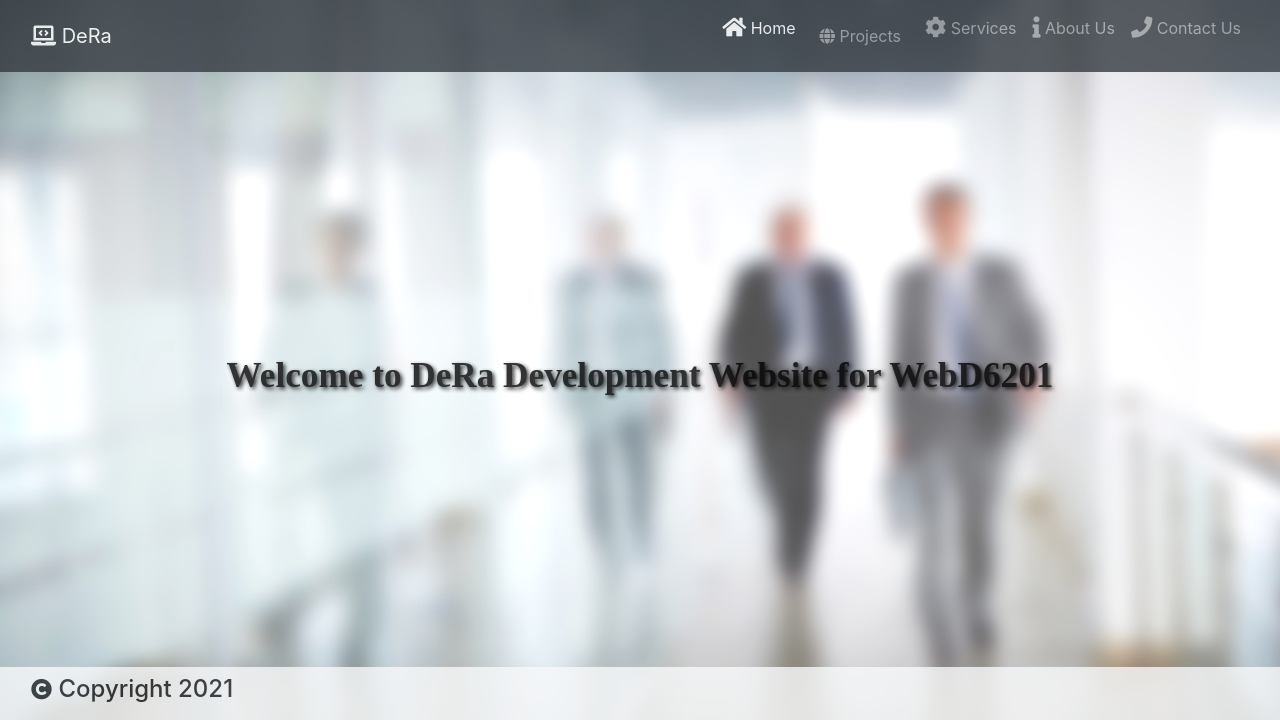
Repository: deividwsantoss/web6201-Lab1
Page: index.html
An editor plug-in stored every save of this project. The page is shown before and after the next save, followed by the edit.
The browser window is 1280 px wide. The pictures show the whole page.

Above is the page before, as saved 2021-02-04 10:15:53.
Console error: TypeError: Cannot set properties of null (setting 'innerHTML')

### index.html
<!DOCTYPE html>
<html lang="en">
<head>
    <meta charset="UTF-8">
    <meta name="viewport" content="width=device-width, initial-scale=1.0">
    <title>Home</title>
</head>
<!-- CSS SECTION-->
<link rel="stylesheet" href="./node_modules/bootstrap/dist/css/bootstrap.min.css">
<link rel="stylesheet" href="./node_modules/@fortawesome/fontawesome-free/css/all.min.css">
<link rel="stylesheet" href="./Content/app.css">

<body class="bg">
    <!-- Main Header-->
    <header>
        <!-- Main Navegation-->
        <nav class="navbar navbar-expand-lg navbar-dark bg-dark">
            <div class="container-fluid">
              <a class="navbar-brand" href="Index.html"><i class="fas fa-laptop-code"></i> DeRa</a>
              <button class="navbar-toggler" type="button" data-bs-toggle="collapse" data-bs-target="#navbarSupportedContent" aria-controls="navbarSupportedContent" aria-expanded="false" aria-label="Toggle navigation">
                <span class="navbar-toggler-icon"></span>
              </button>
              <div class="collapse navbar-collapse" id="navbarSupportedContent">
                <ul class="navbar-nav ml-auto mb-2 mb-lg-0">
                  <li class="nav-item">
                    <a class="nav-link active" aria-current="page" href="Index.html"><i class="fas fa-home fa-lg"></i> Home</a>
                  </li>
                  <li class="nav-item">
                    <a id="prod" class="nav-link" aria-current="page" href="products.html"><i class="fas fa-globe" name="prod"></i> Products</a>
                  </li>
                  <li class="nav-item">
                    <a class="nav-link" aria-current="page" href="services.html"><i class="fas fa-cog fa-lg"></i> Services</a>
                  </li>
                  <li class="nav-item">
                    <a id="aboutId" class="nav-link" aria-current="page" href="about.html"><i class="fas fa-info fa-lg"></i> About Us</a>
                  </li>
                  <li class="nav-item">
                    <a id="contactId" class="nav-link" aria-current="page" href="contact.html"><i class="fas fa-phone fa-lg"></i> Contact Us</a>
                  </li>

                </ul>

              </div>
            </div>
          </nav>

    </header>

    <!-- Main Content-->
        <main class="container">
          <div class="text-md-center">

              <p id="paragraphOne"> </p>

          </div>
        </main>


        <!-- Main Footer-->


    <!--- Script Section-->
    <script src="./node_modules/jquery/dist/jquery.min.js"></script>
    <script src="./node_modules/bootstrap/dist/js/bootstrap.bundle.min.js"></script>
        <script src="./Scripts/app.js"></script>
</body>

</html>

### Content/app.css
/* Custom CSS goes here */

body,html{
    height: 100%;
    margin: 0;
}
.bg{
    background-image: url("Background-White.jpg");
    background-repeat: no-repeat;
    background-size: cover;
    background-position: center;
    opacity: 0.8;
}

.contactimage{
    background-image:url("contactimg.jpg");
    background-repeat: no-repeat;
    background-size: cover;
    background-position: center;
    opacity: 0.8;
}
.productsbg {
    background-image:url("productsbg.jpg");
    background-repeat: no-repeat;
    background-size: cover;
    background-position: center;
    opacity: 0.8;
}

.servicesbackgroud{
    background-image:url("services.jpg");
    background-repeat: repeat;
    background-size: cover;
    background-position: center;
    opacity: 0.8;
    height: 1000px;
}
.aboutus{
    background-image:url("bgimage.jpg");
    background-repeat: no-repeat;
    background-size: cover;
    background-position: center;
    opacity: 0.8;
}

#paragraphOne {
    color: black;
    font-size: 220%;
    margin-top: 25%;
    text-shadow: 2px 2px 4px #000;
    font-family: cursive;
    font-weight: bold;

}
h1{
    margin-top: 2%;
}

#custompg{
    width: 400px;

}

#projectsImg{
    width: 150px;
    margin-top: 10%;
}

#pic{
    width:310px; /* you can use % */
    height: auto;
}

#aboutmain{
    margin-top: 100px;
}
#dlParagraph{
    margin-top: 10%;
    margin-top: 10%;
    font-size: large;
    font-weight: bold;
}
#scotiaParagraph{
    margin-top: 10%;
    font-size: large;
    font-weight: bold;
}

### Scripts/app.js
/* Custom JavaScript goes here */


"use strict";

(function(){

    function addHr(){

        let navIn = document.getElementById("mainUl").getElementsByTagName("ul");

        let liCreate = document.createElement('li');

        liCreate.innerHTML = `<a id="prod" class="nav-link" aria-current="page" href="products.html"><i class="fas fa-globe" name="prod"></i> Human Resources</a>`

        navIn.insertBefore(liCreate, navIn.getElementsByTagName("li")[2]);


    }

    function addFooter(){


        const body = document.body;
        let footerNav = document.createElement('footer');

        footerNav.innerHTML = `<nav class="navbar fixed-bottom navbar-light bg-light">
        <div class="container-fluid">
          <h4 ><i class="fas fa-copyright fa-sm"></i> Copyright 2021 </h4>
      </div>
        </nav>`

        body.appendChild(footerNav);

    }

    function Projects(){
        let productsElement = document.getElementById("prod");
        let prod = `<a id="prod" class="nav-link" aria-current="page" href="products.html"><i class="fas fa-globe" name="prod"></i> Projects</a>`;


        productsElement.innerHTML = prod;

        let prodNameElement = document.getElementById("prodName");
        let projectName = `<h1 id="prodName" class="text-center">Our Projects</h1>`

        prodNameElement.innerHTML = projectName;
    }
    function displayHome(){
        let paragraphOneText = "Welcome to DeRa Development Website for WebD6201";
        let paragraphOneElement = document.getElementById("paragraphOne");

        paragraphOneElement.textContent = paragraphOneText;
        paragraphOneElement.className = "fs-6 ";
    }
    function displayAbout(){

    }
    function displayProducts(){

        //deloitte
        let dlText = "DeRa is proud for leading the main developing project for DL."
        let dlElement = document.getElementById("dlParagraph");

        dlElement.textContent = dlText;

        let scotiaText = "Another Big company we are proud to have worked with"
        let scotiaElement = document.getElementById("scotiaParagraph");

        scotiaElement.textContent = scotiaText;

    }
    function displayServices(){

        //intro text
        let servicesIntroText = "DeRa Development can provide you the best customized solution for you";
        let servicesIntroElement = document.getElementById("serviceIntro");
        servicesIntroElement.textContent = servicesIntroText;

        // custom dev text
        let customParagraphText = "DeRa Development have been delivering successful custom programs to our clients since the date we were born. \nSince DeRa was born we have seen a rapid change in website technology which we were always able to adapt";
        let customParagraphElement = document.getElementById("customParagraph");

        customParagraphElement.textContent = customParagraphText;

        //mobile text
        mobileParagraphText = "We have the knowledge and skills to provide you the best quality solution for any kind of device. \nMobile development is one of our strengths."
        mobileParagraphElement = document.getElementById("mobileParagraph");

        mobileParagraphElement.textContent = mobileParagraphText;

        //design paragraph
        let webDesignParagraphText = "Our Web Design is awesome";
        let webDesignParagraphElement = document.getElementById("weDesignParagraph");
        webDesignParagraphElement.textContent = webDesignParagraphText;
    }
    function displayContact(){

        let messageArea = document.getElementById("messageArea");
        messageArea.hidden = true;

        //Form Validation...

        let fullName = document.getElementById("fullName");
        fullName.addEventListener("blur", function(){
            if(fullName.value.length < 2){
                fullName.focus;
                fullName.select();
                messageArea.hidden = false;
                messageArea.className = "alert alert-danger";
                messageArea.textContent = "Please, Enter an appropriate name."
            }
            else{
                messageArea.removeAttribute("Class");
                messageArea.hidden = true;
            }
        });

        //validating number
        let contactNumber = document.getElementById("contactNumber");
        contactNumber.addEventListener("blur", function(){

            if(contactNumber.value.length < 10 || contactNumber.value.length > 10 )
            {
                contactNumber.focus;
                contactNumber.select();
                messageArea.hidden = false;
                messageArea.className = "alert alert-danger";
                messageArea.textContent = "Please, Insert a valid Number";
            }
            else {
                messageArea.removeAttribute("Class");
                messageArea.hidden = true;
            }

        });

        // Validating short text
        let shortMessage = document.getElementById("shortMessage");
        shortMessage.addEventListener("blur", function(){

            if(shortMessage.value.length > 50){
                shortMessage.focus;
                shortMessage.select();
                messageArea.hidden = false;
                messageArea.className = "alert alert-danger";
                messageArea.textContent = "Maximum characters allowed (50)";
            }
            else{
                messageArea.removeAttribute("Class");
                messageArea.hidden = true;
            }
        });

        let sendButton = document.getElementById("sendButton");
        sendButton.addEventListener("click", function(event){
            event.preventDefault();
        });
        document.getElementById("sendButton").onclick = function (){
            location.href = "index.html"
        };

    }


    function Start(){
        console.log("App Start...");

        switch (document.title) {

            case 'Home':
                displayHome();
                break;
            case 'About':
                displayAbout();
                break;
            case 'Products':
                displayProducts();
                break;
            case 'Services':
                displayServices();
                break;
            case 'Contact':
                displayContact();
                break;

        }


    }
    window.addEventListener("load",addFooter);
    window.addEventListener("load",Projects);
    window.addEventListener("load",Start);

})();

Loaded but not shown: node_modules/bootstrap/dist/css/bootstrap.min.css (library); node_modules/@fortawesome/fontawesome-free/css/all.min.css (library); node_modules/jquery/dist/jquery.min.js (library); node_modules/bootstrap/dist/js/bootstrap.bundle.min.js (library)

After the next save:
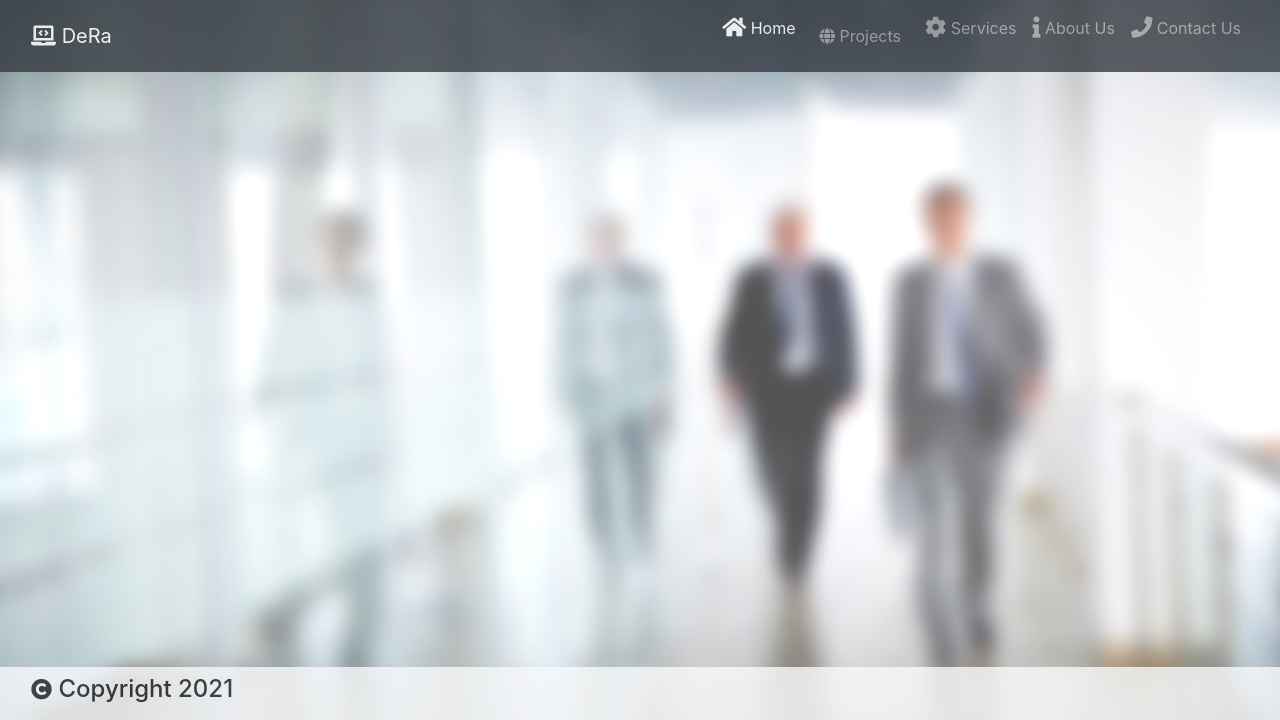
Saved 104 s later.
--- a/Scripts/app.js
+++ b/Scripts/app.js
@@ -7,13 +7,7 @@
 
     function addHr(){
 
-        let navIn = document.getElementById("mainUl").getElementsByTagName("ul");
 
-        let liCreate = document.createElement('li');
-
-        liCreate.innerHTML = `<a id="prod" class="nav-link" aria-current="page" href="products.html"><i class="fas fa-globe" name="prod"></i> Human Resources</a>`
-
-        navIn.insertBefore(liCreate, navIn.getElementsByTagName("li")[2]);
 
 
     }
@@ -165,6 +159,13 @@
 
     function Start(){
         console.log("App Start...");
+        let navIn = document.getElementById("mainUl").getElementsByTagName("ul");
+
+        let liCreate = document.createElement('li');
+
+        liCreate.innerHTML = `<a id="prod" class="nav-link" aria-current="page" href="products.html"><i class="fas fa-globe" name="prod"></i> Human Resources</a>`
+
+        navIn.insertBefore(liCreate, navIn.getElementsByTagName("li")[1]);
 
         switch (document.title) {
 

After the save that followed:
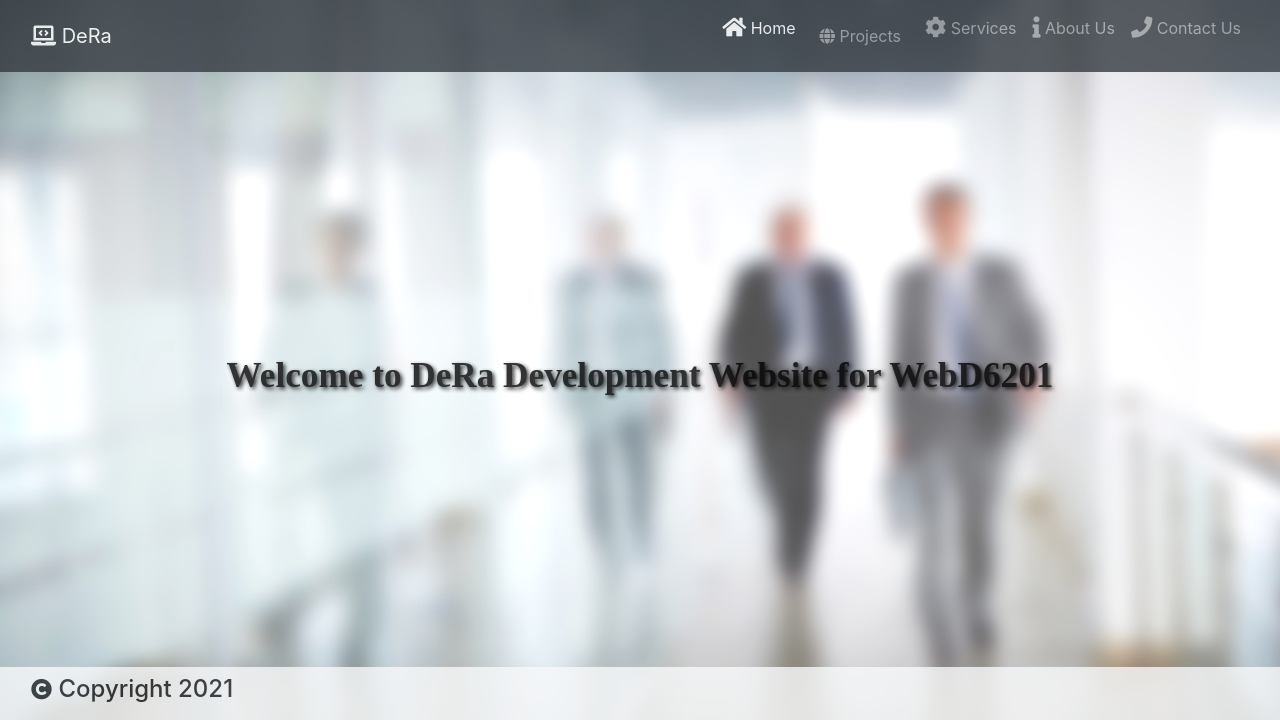
Console error: TypeError: Cannot read properties of null (reading 'getElementsByTagName')
Saved 2 min 7 s later.
--- a/Scripts/app.js
+++ b/Scripts/app.js
@@ -7,8 +7,13 @@
 
     function addHr(){
 
+        let navIn = document.getElementById("mainUl").getElementsByTagName("ul");
 
+        let liCreate = document.createElement('li');
 
+        liCreate.innerHTML = `<a id="prod" class="nav-link" aria-current="page" href="products.html"><i class="fas fa-globe" name="prod"></i> Human Resources</a>`
+
+        navIn.insertBefore(liCreate, navIn.getElementsByTagName("li")[1]);
 
     }
 
@@ -159,13 +164,6 @@
 
     function Start(){
         console.log("App Start...");
-        let navIn = document.getElementById("mainUl").getElementsByTagName("ul");
-
-        let liCreate = document.createElement('li');
-
-        liCreate.innerHTML = `<a id="prod" class="nav-link" aria-current="page" href="products.html"><i class="fas fa-globe" name="prod"></i> Human Resources</a>`
-
-        navIn.insertBefore(liCreate, navIn.getElementsByTagName("li")[1]);
 
         switch (document.title) {
 
@@ -189,6 +187,7 @@
 
 
     }
+    window.addEventListener("load",addHr);
     window.addEventListener("load",addFooter);
     window.addEventListener("load",Projects);
     window.addEventListener("load",Start);
